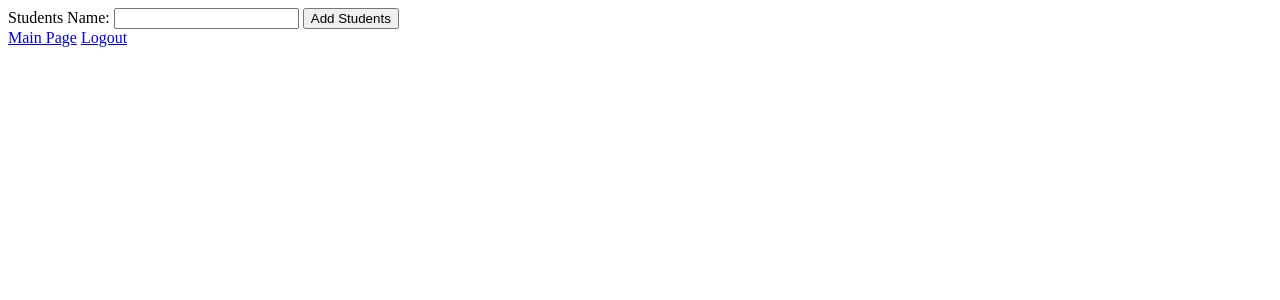
Repository: govardhan71/Learners-Academy-Project-Phase-2
Page: http://localhost/LearnersAcademyPhase-2/addstudents.jsp
The author's editor kept a copy of each file at every save. The page is drawn from the files as they stood at one save, then again after the next save.
The browser window is 1280 px wide. The pictures show the whole page.
The page is served by Tomcat 9. Other server files are loaded and not shown.

Above is the page before, as saved 2021-06-02 11:44:43.

### LearnersAcademyPhase-2/WebContent/addstudents.jsp
<%@page import="com.DatabaseConnection.StudentData"%>
<jsp:useBean id="st" class="com.learnersAcademy.Students"></jsp:useBean>
<jsp:setProperty property="*" name="st"/>
<%@ page language="java" contentType="text/html; charset=ISO-8859-1"
    pageEncoding="ISO-8859-1"%>
<!DOCTYPE html PUBLIC "-//W3C//DTD HTML 4.01 Transitional//EN" "http://www.w3.org/TR/html4/loose.dtd">
<html>
<head>
<meta http-equiv="Content-Type" content="text/html; charset=ISO-8859-1">
<title>add teachers</title>
</head>
<body>
<form action=studentsresult.jsp method=post>


<tr><td>Students Name:</td><td>
<input type="text" name="student_name" ></td></tr>

<input type="submit" value="Add Students">
</form>
<td><a href=learnersacademy.jsp>Main Page</a></td></tr>
<td><a href=logout.jsp>Logout</a></td></tr>
</body>
</html>

### LearnersAcademyPhase-2/src/com/learnersAcademy/Students.java
package com.learnersAcademy;

public class Students {

	private String student_name;

	public String getStudent_name() {
		return student_name;
	}

	public void setStudent_name(String student_name) {
		this.student_name = student_name;
	}


}

After the next save:
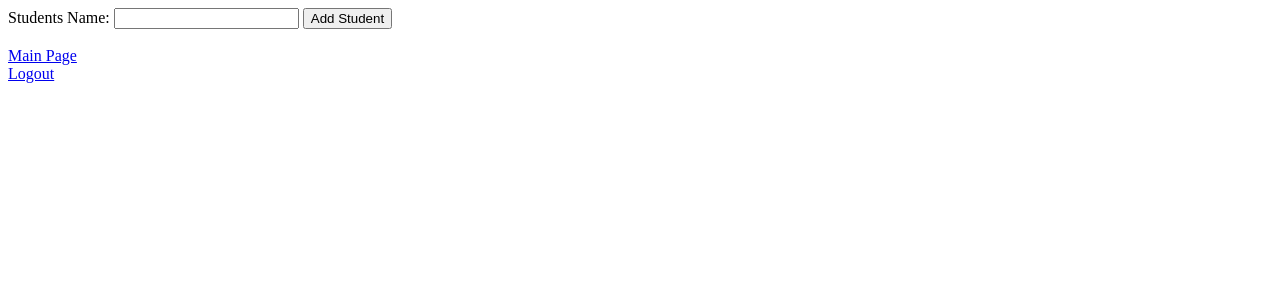
Saved 2 min 14 s later.
--- a/LearnersAcademyPhase-2/WebContent/addstudents.jsp
+++ b/LearnersAcademyPhase-2/WebContent/addstudents.jsp
@@ -12,13 +12,13 @@
 <body>
 <form action=studentsresult.jsp method=post>
 
-
 <tr><td>Students Name:</td><td>
 <input type="text" name="student_name" ></td></tr>
 
-<input type="submit" value="Add Students">
+<input type="submit" value="Add Student">
 </form>
-<td><a href=learnersacademy.jsp>Main Page</a></td></tr>
+<br>
+<td><a href=learnersacademy.jsp>Main Page</a></td></tr><br>
 <td><a href=logout.jsp>Logout</a></td></tr>
 </body>
 </html>
